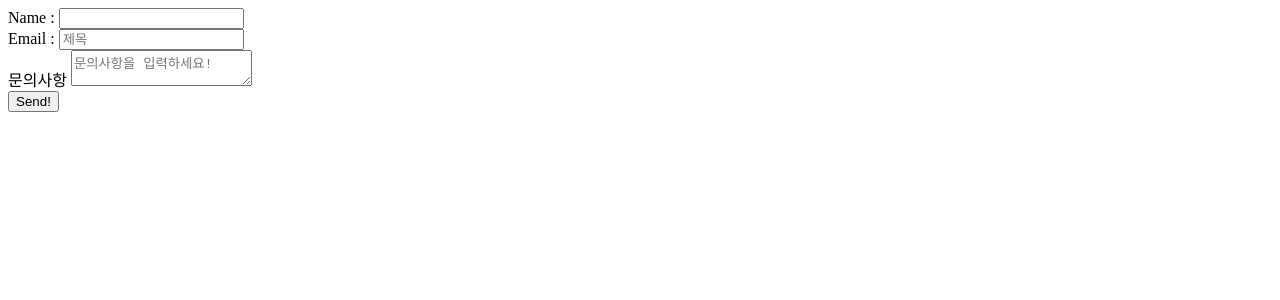
Repository: leeboseok/proposal-board
Page: http://localhost/ProposalSys/admincontact.jsp
The author's editor kept a copy of each file at every save. The page is drawn from the files as they stood at one save, then again after the next save.
The browser window is 1280 px wide. The pictures show the whole page.
The page is served by Tomcat 9.

Above is the page before, as saved 2024-07-27 05:36:15.

After the next save:
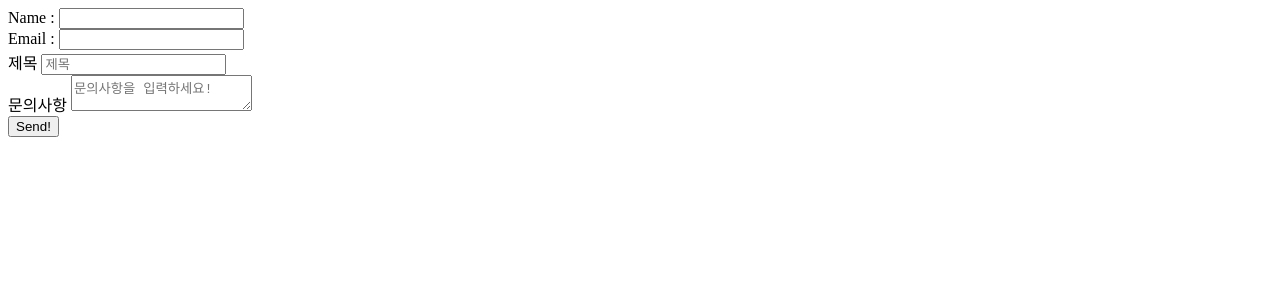
Saved 5 s later.
--- a/ProposalSys/src/main/webapp/admincontact.jsp
+++ b/ProposalSys/src/main/webapp/admincontact.jsp
@@ -9,7 +9,7 @@
 	<body>
 		<form method="get" action="admincontactprogress">
 			Name : <input type="text" name="name"><br>
-			Email : <input type="text" name="email"
+			Email : <input type="text" name="email"><br>
 			제목
 			<input type="text" name="title" placeholder="제목"><br>
 			문의사항
